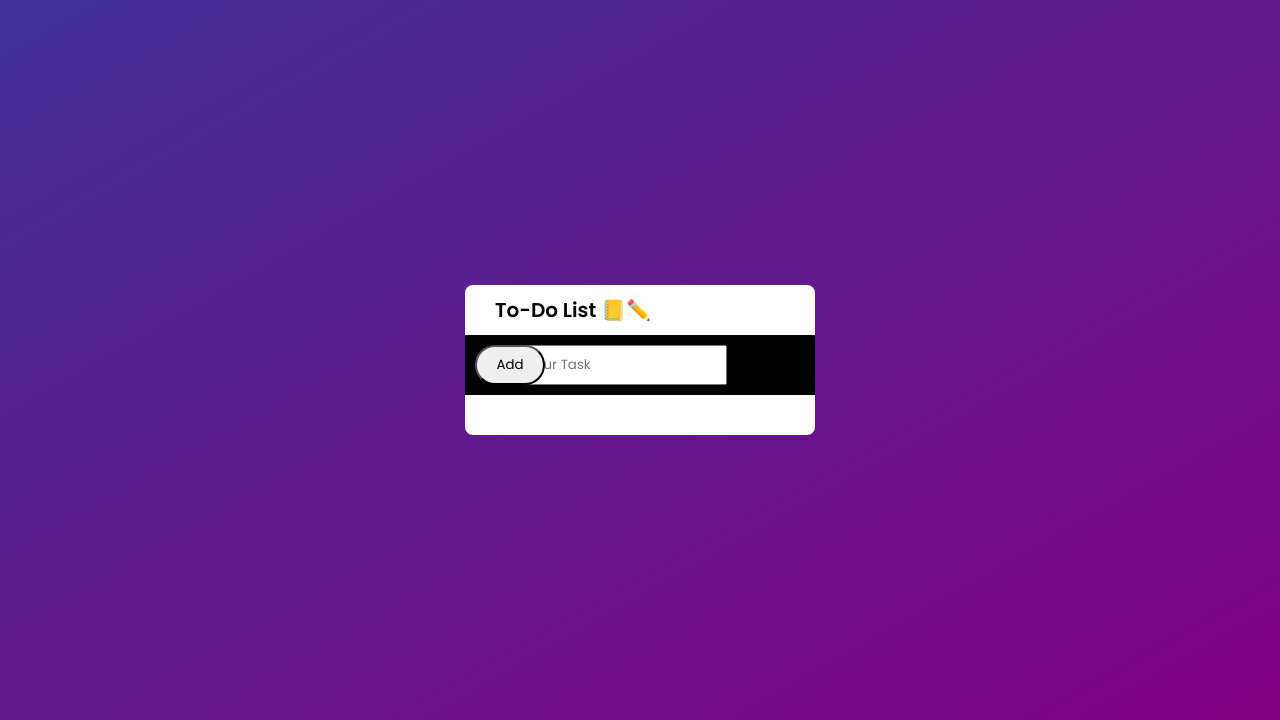
Repository: Ankitkr2021/To-Do-List
Page: index.html
An editor plug-in stored every save of this project. The page is shown before and after a run of saves, followed by the edit.
The browser window is 1280 px wide. The pictures show the whole page.

Above is the page before, as saved 2025-10-03 10:09:05.

### index.html
<!DOCTYPE html>
<html lang="en">
<head>
    <meta charset="UTF-8">
    <meta name="viewport" content="width=device-width, initial-scale=1.0">
    <title>To-Do-List</title>
    <link rel="stylesheet" href="./style.css">
</head>
<body>
    <div class="box">
        <h1>To-Do List 📒✏️</h1>
        <div class="task">
        <input id="add" type="text" placeholder="Add your Task">
        <button type="submit">Add</button>
        </div>
    </div>
</body>
</html>

### style.css
@import url("https://fonts.googleapis.com/css2?family=Poppins:wght@300;400;500;600;700&display=swap");

*{
    margin: 0;
    padding: 0;
    box-sizing: border-box;
    font-family: 'Poppins',sans-serif;
}

body{
    display: flex;
    justify-content: center;
    align-items: center;
    height: 100vh;
    background: linear-gradient(to bottom right, rgba(40, 22, 139, 0.884), purple);
}

.box {
    background: #fff;
    height: 150px;
    max-height: 300px;
    width: 350px;
    border-radius: 8px;
}

.box h1 {
    padding: 10px 30px;
    font-size: 20px;
    font-weight: 600;
}

.task {
    background: #000;
    padding: 10px 30px;
    position: relative;
}

.task input {
    width: 80%;
    height: 40px;
}

.task button {
    content: "";
    position: absolute;
    left: 10px;
    height: 40px;
    width: 20%;
    border-radius: 20px;
}

After the next 2 saves:
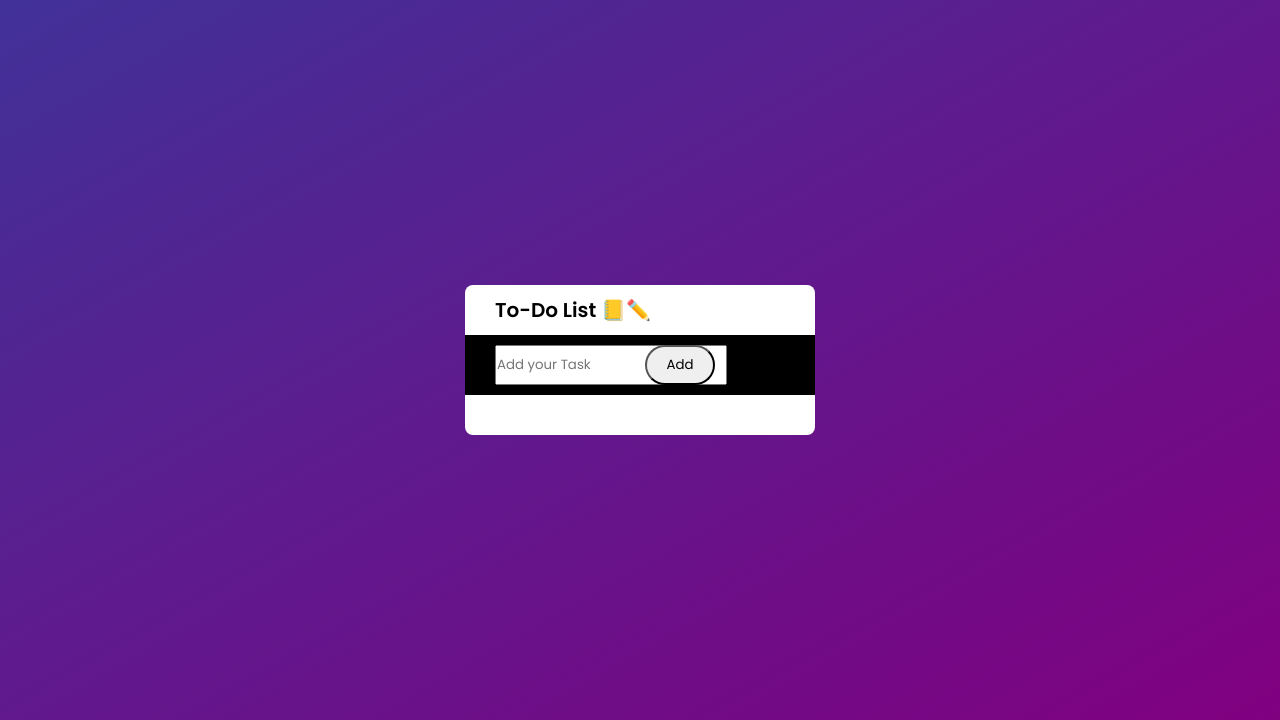
The 2 saves are shown as one change because they came seconds apart.
The last was saved 7 s later.
--- a/style.css
+++ b/style.css
@@ -43,7 +43,7 @@ body{
 .task button {
     content: "";
     position: absolute;
-    left: 10px;
+    left: 180px;
     height: 40px;
     width: 20%;
     border-radius: 20px;
